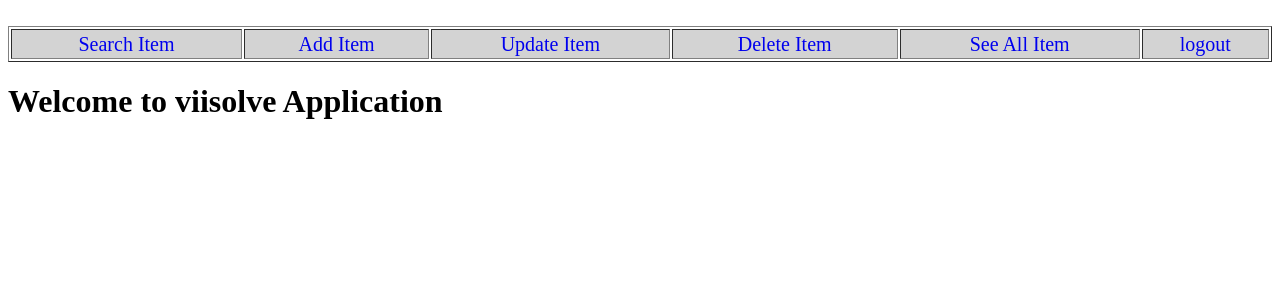
Repository: ty-veeresh/Batch10_Spring_SpringDbProject
Page: http://localhost/springdb/WEB-INF/views/HomePage.jsp
The author's editor kept a copy of each file at every save. The page is drawn from the files as they stood at one save, then again after the next save.
The browser window is 1280 px wide. The pictures show the whole page.
The page is served by Tomcat 9. Nobody is signed in. Other server files are loaded and not shown. The template is opened directly, without the code that normally fills it, so the values that code supplies are empty.

Above is the page before, as saved 2021-05-04 12:55:11.

### springdb/src/main/webapp/WEB-INF/views/HomePage.jsp
<%@ page language="java" contentType="text/html; charset=ISO-8859-1"
    pageEncoding="ISO-8859-1"%>

    <%@ include file="headerPage.jsp" %>

<!DOCTYPE html>
<html>
<head>
<meta charset="ISO-8859-1">
<title>Insert title here</title>
</head>
<body>
	<h1> Welcome to viisolve Application</h1>
</body>
</html>

### springdb/src/main/webapp/WEB-INF/views/headerPage.jsp
<%@ page language="java" contentType="text/html; charset=ISO-8859-1"
	pageEncoding="ISO-8859-1"%>

<%
	String expMsg = (String) request.getAttribute("expMsg");
%>
<!DOCTYPE html>
<html>
<head>
<meta charset="ISO-8859-1">
<title>Delete</title>
</head>
<body>

	<table border="1" style="width: 100%; text-align: center;">
		<tr style="background: lightgrey; color: blue; height: 30px">
			<td style="font-size: 20px"><a href="./searchPage"
				style="text-decoration: none">Search Item </a></td><br>
			<td style="font-size: 20px"><a href="./add"
				style="text-decoration: none">Add Item</a></td>
			<td style="font-size: 20px"><a href="./update"
				style="text-decoration: none">Update Item </a></td>
			<td style="font-size: 20px"><a href="./delete"
				style="text-decoration: none">Delete Item</a></td>
			<td style="font-size: 20px"><a href="./getAll"
				style="text-decoration: none">See All Item</a></td>
			<td style="font-size: 20px"><a href="./logout"
				style="text-decoration: none">logout </a></td>
		</tr>

	</table>

	<%
		if (expMsg != null && !expMsg.isEmpty()) {
	%>
	<h1 style="color: blue;">
		<%=expMsg%></h1>
	<%
		}
	%>
</body>
</html>

After the next save:
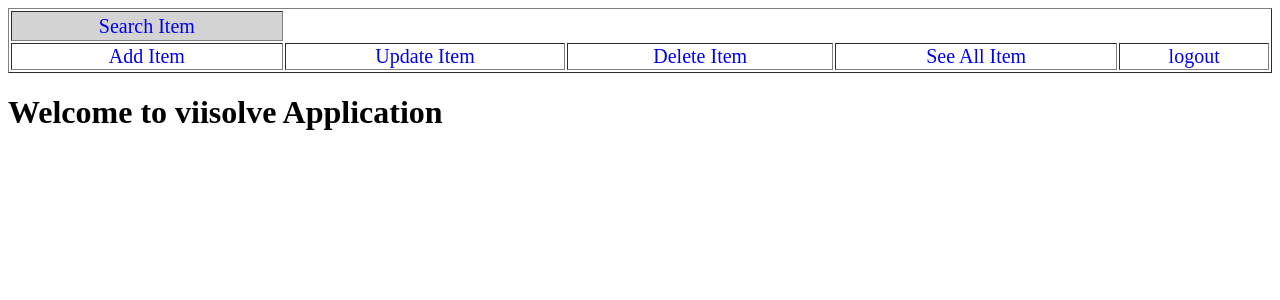
Saved 89 s later.
--- a/springdb/src/main/webapp/WEB-INF/views/headerPage.jsp
+++ b/springdb/src/main/webapp/WEB-INF/views/headerPage.jsp
@@ -15,7 +15,8 @@
 	<table border="1" style="width: 100%; text-align: center;">
 		<tr style="background: lightgrey; color: blue; height: 30px">
 			<td style="font-size: 20px"><a href="./searchPage"
-				style="text-decoration: none">Search Item </a></td><br>
+				style="text-decoration: none">Search Item </a></td></tr>
+				<tr>
 			<td style="font-size: 20px"><a href="./add"
 				style="text-decoration: none">Add Item</a></td>
 			<td style="font-size: 20px"><a href="./update"
